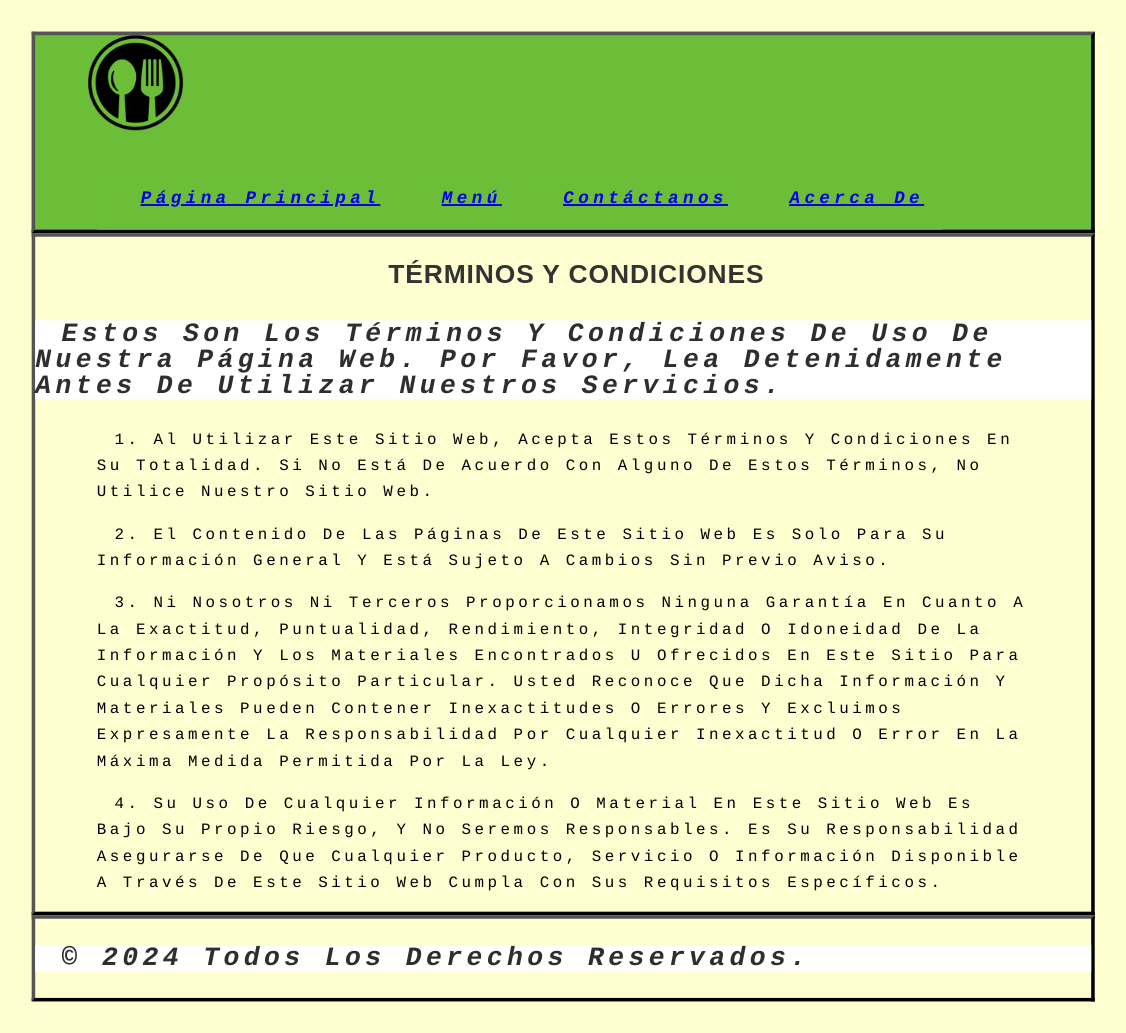
Repository: UVMCoyoacan/eq06_sitio1
Page: Carpeta docs/terminos.html
The author's editor kept a copy of each file at every save. The page is drawn from the files as they stood at one save, then again after the next save.
The browser window is 1280 px wide. The pictures show the whole page, at 88% of full size.

Above is the page before, as saved 2024-04-13 23:10:18.

### Carpeta docs/terminos.html
<!DOCTYPE html>
<html>
<head>
    <link rel="stylesheet" href="../Carpeta estilos/estilo1.css"/>
    <meta charset="utf-8" />
    <title>Términos y Condiciones</title>
</head>
<body>
    <header id="parte_inicial" role="banner">
        <div class="encabezado" style="display: flex; flex-wrap: wrap;">
            <div style="flex-wrap:wrap; text-align: center; white-space: nowrap;">
                <img width="108" height="108" src="../Carpeta ims/tres.png" onclick="redirigirIndex()" style="text-align: left; cursor:pointer; text-align: center;">
            </div>
            <div>
                <ul>
                    <li><a href="#">Página principal</a></li>
                    <li><a href="./Carpeta docs/menu.html">Menú</a></li>
                    <li><a href="./Carpeta docs/contactos.html">Contáctanos</a></li>
                    <li><a class="active" href="./Carpeta docs/acercade.html">Acerca de</a></li>
                </ul>
            </div>
        </div>
    </header>

    <div style="border-style: outset; border-color: #000000; border-width: .4ch;">
        <h2>Términos y Condiciones</h2>
        <div>
            <p>Estos son los términos y condiciones de uso de nuestra página web. Por favor, lea detenidamente antes de utilizar nuestros servicios.</p>
            <ul>1. Al utilizar este sitio web, acepta estos términos y condiciones en su totalidad. Si no está de acuerdo con alguno de estos términos, no utilice nuestro sitio web.</ul>
            <ul>2. El contenido de las páginas de este sitio web es solo para su información general y está sujeto a cambios sin previo aviso.</ul>
            <ul>3. Ni nosotros ni terceros proporcionamos ninguna garantía en cuanto a la exactitud, puntualidad, rendimiento, integridad o idoneidad de la información y los materiales encontrados u ofrecidos en este sitio para cualquier propósito particular. Usted reconoce que dicha información y materiales pueden contener inexactitudes o errores y excluimos expresamente la responsabilidad por cualquier inexactitud o error en la máxima medida permitida por la ley.</ul>
            <ul>4. Su uso de cualquier información o material en este sitio web es bajo su propio riesgo, y no seremos responsables. Es su responsabilidad asegurarse de que cualquier producto, servicio o información disponible a través de este sitio web cumpla con sus requisitos específicos.</ul>
        </div>
    </div>

    <div style="border-style: outset; border-color: #000000; border-width: .4ch;">
        <footer>
            <p>© 2024 Todos los derechos reservados.</p>
        </footer>
    </div>
</body>
<script src="./Carpeta js/js1.js"></script>
</html>

### Carpeta estilos/estilo1.css
body{
  background-color:#fefec0be;
  font-size:20px;
  font-family:Courier;
  font-weight:bold;
  font-style:normal;
  line-height:30px;
  letter-spacing:5px;
  padding: 28px;
  text-transform:capitalize;
  text-align:left;
  text-indent:30px;

}
header{
  background-color:#6cbe39;
  font-size:20px;
  font-family:Courier;
  font-weight:bold;
  font-style:italic;
  line-height:60px;
  letter-spacing:5px;
  text-transform:capitalize;
  text-align:left;
  text-indent:60px;
  border-style: outset;
  border-color: #000000;
  border-width: .4ch;

}
li {
  display: inline;
  float: left;
  background-color:#6cbe39;
  font-size:20px;
  font-family:Courier;
  font-weight:bold;
  font-style:oblique;
  line-height:30px;
  letter-spacing:5px;
  text-decoration:underline;
  text-transform:capitalize;
  text-align:left;
  text-indent:30px;
  border-style:inherit;
  border-color: #303130;
  padding: 12px;
}


a {
  display: block;
  padding: 8px;
  background-color:#6cbe39;
}
.active {
  background-color:transparent;

}

#titulo{
  text-decoration: overline underline;
  font-size:30px;
  font-style:oblique;

}

p{

    font-size: 30px;
    font-family: Courier;
    font-weight: bold;
    font-style:italic;
    line-height: 30px;
    letter-spacing: 5px;
    text-transform: capitalize;
    text-align: left;
    text-indent: 30px;
    margin-left: auto;
    color: #2e2e2e;
      background-color: #ffffff;


    }

  ol{

      font-size: 20px;
      font-family: Courier;
      font-weight:200;
      font-style: normal;
      line-height: 30px;
      letter-spacing: 5px;
      text-transform: capitalize;
      text-align: left;
      text-indent: 30px;
      color: #2e2e2e;
      padding-left: 40px;
    }
    h1{
      font-size: 30px;
      font-family: Courier;
      font-weight: bold;
      font-style:italic;
      line-height: 30px;
      letter-spacing: 5px;
      text-transform: capitalize;
      text-align: left;
      text-indent: 30px;
      margin-left: auto;
      color: #2e2e2e;
        background-color: #b3e64c;
    }
    h2 {
      font-size: 30px;
      font-family: Arial, sans-serif;
      font-weight: bold;
      font-style: normal;
      line-height: 1.5;
      letter-spacing: 1px;
      text-transform: uppercase;
      text-align: center;
      color: #333333;
      margin-top: 20px;
      margin-bottom: 20px;
    }
    ul{
      font-size: 18px;
      font-family: Courier;
      font-weight:200;
      font-style:initial;
      line-height: 30px;
      letter-spacing: 4px;
      text-transform: capitalize;
      text-align: left;
      text-indent: 20px;
      color: #000000;
      padding-left: 70px;
      padding-right: 70px;

    }

  h3{
    font-size: 30px;
    font-family: Courier;
    font-weight: bold;
    font-style:italic;
    line-height: 30px;
    letter-spacing: 5px;
    text-transform: capitalize;
    text-align: left;
    text-indent: 30px;
    margin-left: auto;
    color: #2e2e2e;
      background-color: #b3e64c;
  }
  h4 {
    font-size: 30px;
    font-family: Arial, sans-serif;
    font-weight: bold;
    font-style: normal;
    line-height: 1.5;
    letter-spacing: 1px;
    text-transform: uppercase;
    text-align: center;
    color: #333333;
    margin-top: 20px;
    margin-bottom: 20px;
  }
  @keyframes bounce {
    0% { transform: translateY(0); }
    50% { transform: translateY(-40px); }
    100% { transform: translateY(0); }
  }

  .bounce {
    animation: bounce 1.0s infinite;
  }

  .slider-section img{
    width: 500px;
    height: 100%;
    object-fit: cover;
    border-radius:  15px;
  }

  .container-carrousel{
    width: 500px;
    height: 300px;
    background-color: #e0e0e0;
    border-radius: 15px;
    overflow: hidden;
   justify-content: center;

  }

  .carruseles{
    width: 400%;
    height: 100%;
    display: flex;
    border: solid thin red;
  }

  .slider-section{
    width: calc(100%/4);
    height: 100%;

  }

### Carpeta js/js1.js
function redirigirIndex() {
    window.location.href = '../index.html';
}

After the next save:
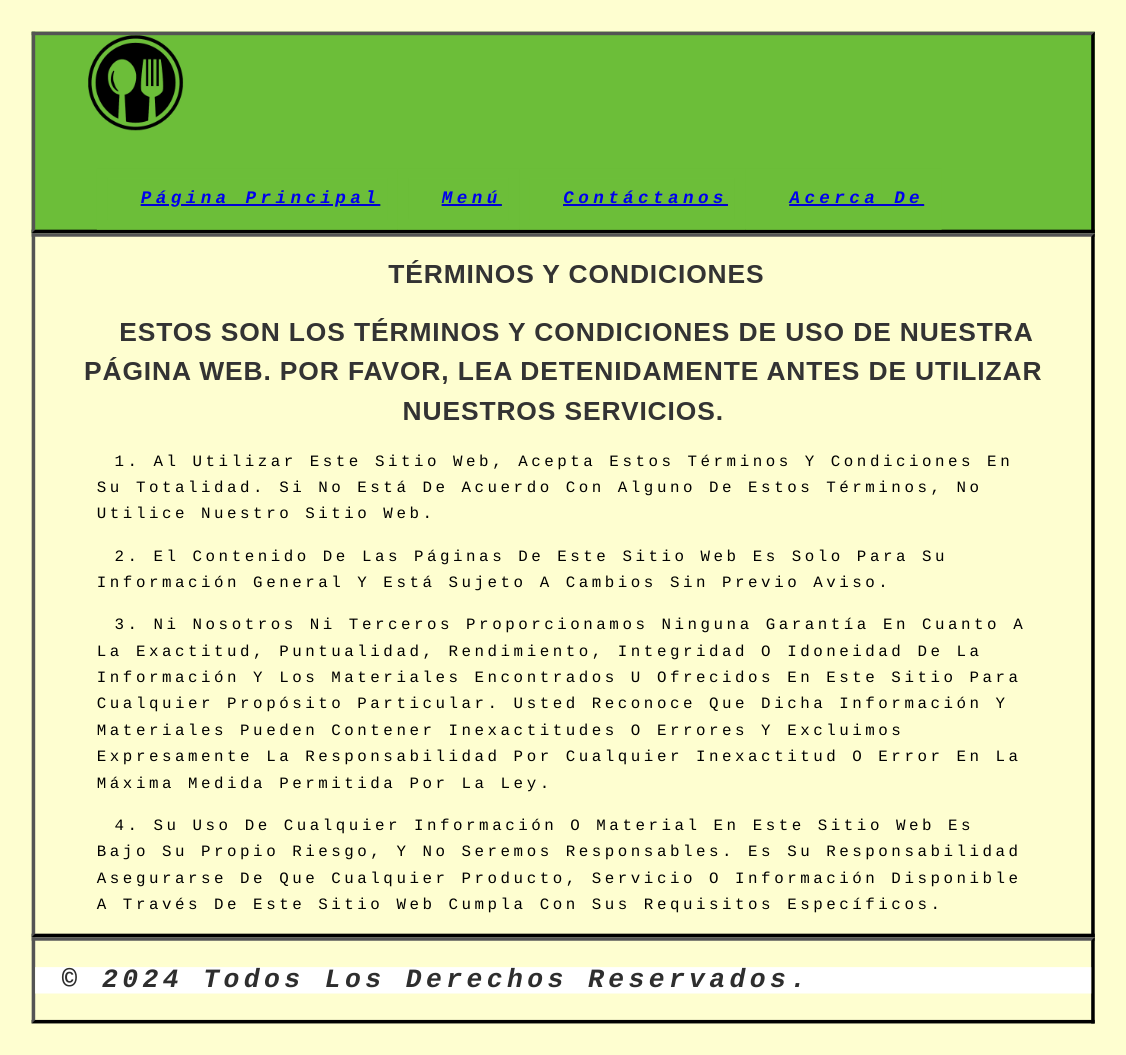
Saved 10 s later.
--- a/Carpeta docs/terminos.html
+++ b/Carpeta docs/terminos.html
@@ -25,7 +25,7 @@
     <div style="border-style: outset; border-color: #000000; border-width: .4ch;">
         <h2>Términos y Condiciones</h2>
         <div>
-            <p>Estos son los términos y condiciones de uso de nuestra página web. Por favor, lea detenidamente antes de utilizar nuestros servicios.</p>
+            <h2>Estos son los términos y condiciones de uso de nuestra página web. Por favor, lea detenidamente antes de utilizar nuestros servicios.</h2>
             <ul>1. Al utilizar este sitio web, acepta estos términos y condiciones en su totalidad. Si no está de acuerdo con alguno de estos términos, no utilice nuestro sitio web.</ul>
             <ul>2. El contenido de las páginas de este sitio web es solo para su información general y está sujeto a cambios sin previo aviso.</ul>
             <ul>3. Ni nosotros ni terceros proporcionamos ninguna garantía en cuanto a la exactitud, puntualidad, rendimiento, integridad o idoneidad de la información y los materiales encontrados u ofrecidos en este sitio para cualquier propósito particular. Usted reconoce que dicha información y materiales pueden contener inexactitudes o errores y excluimos expresamente la responsabilidad por cualquier inexactitud o error en la máxima medida permitida por la ley.</ul>
